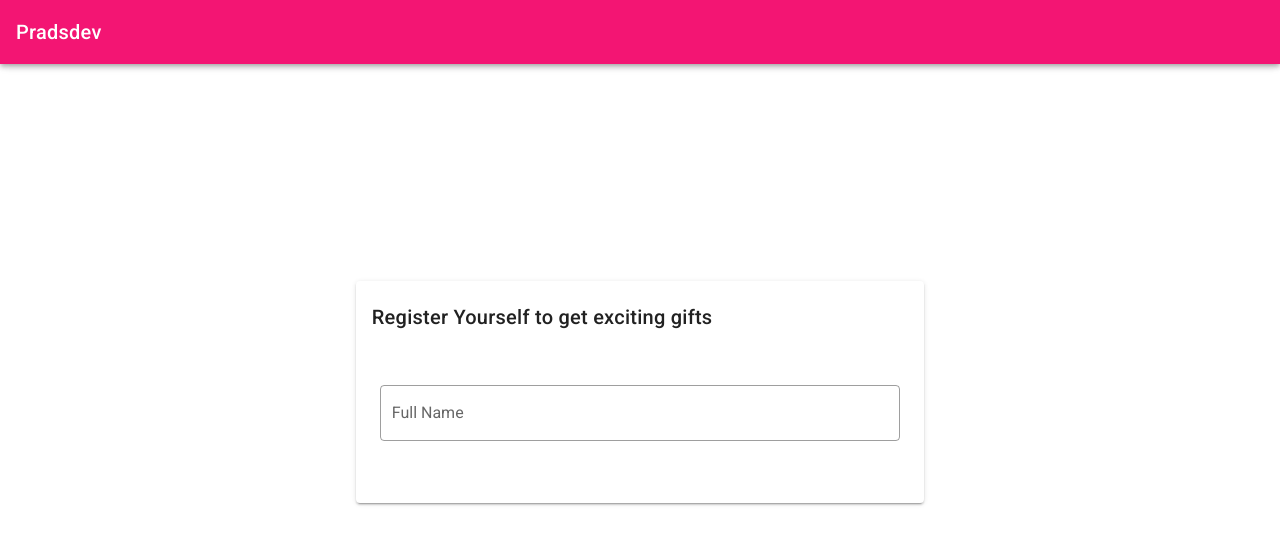
Repository: pradsdev/vue-form-validate
Page: /
The author's editor kept a copy of each file at every save. The page is drawn from the files as they stood at one save, then again after the next save.
The browser window is 1280 px wide. The pictures show the whole page.
The project was rebuilt for these pictures with package versions that can differ from the ones it lists, and the page was loaded fresh each time. Also part of the build but not shown: vue.config.js.

Above is the page before, as saved 2020-12-21 23:03:36.

After the next save:
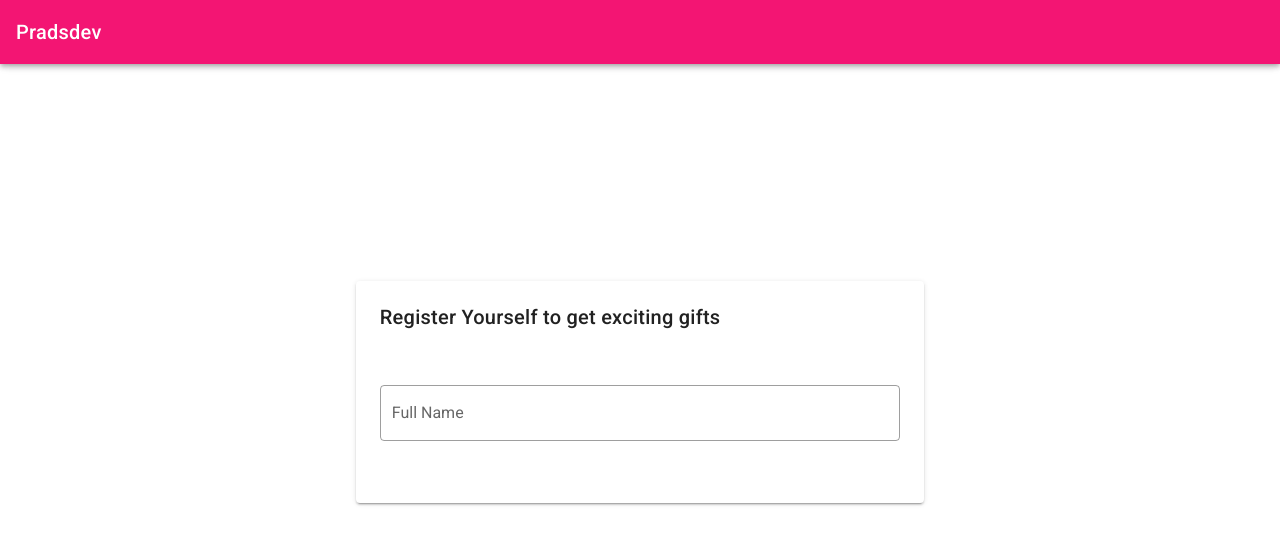
Saved 7 s later.
--- a/src/components/HelloWorld.vue
+++ b/src/components/HelloWorld.vue
@@ -3,7 +3,7 @@
     <v-row class="text-center justify-center">
       <v-col cols="6">
         <v-card>
-          <v-card-title class="py-5">
+          <v-card-title class="py-5 mx-2">
             Register Yourself to get exciting gifts
           </v-card-title>
           <v-form class="mx-6 py-8">
